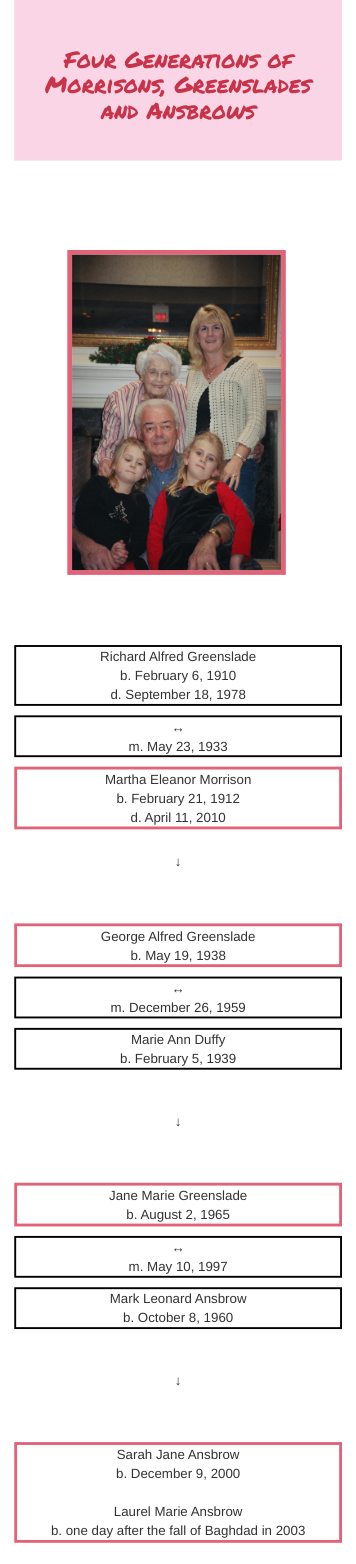
Repository: George2916/Sarah-Jane-and-Laurel-Marie
Page: familytreeM.html
The author's editor kept a record of every edit. The page is drawn from the files as they stood at one moment, then again after the next edit.
The browser window is 375 px wide. The pictures show the whole page, at 95% of full size.

Above is the page before.

### familytreeM.html
<!DOCTYPE html>
<html>
<head>

    <meta charset="utf-8">
    <meta http-equiv="X-UA-Compatible" content="IE-edge">
    <meta name="viewport" content="width=device-width, initial-scale=1">
    <!--[if lt IE 9]
<script src="https://oss.maxcdn.com/html5shiv/3.7.2/html5shiv.min.js"></script>
<script src="https://oss.maxcdn.com/respond/1.4.2/respond.min.js"></script>
<![endif]-->

  <title>Family tree - Morrisons, etc.</title>

    <link rel="stylesheet" type="text/css" href="css/bootstrap.css">
    <link rel="stylesheet" type="text/css" href="css/mystyle.css">
    <link href="https://fonts.googleapis.com/css?family=Permanent+Marker" rel="stylesheet">

</head>
<body>



<div class="container">

    <div class="jumbotron family-tree-jumbo">
            <h3>Four Generations of Morrisons, Greenslades and Ansbrows<br>
            </h3>
    </div>

    <div class="space-filler">
    </div>

    <div class="row">

        <div class="col-md-4">
        <div class="fourgenerationsM">
            <a href="#MyModalOne" data-toggle="modal">
                <img src="images/2006dec2.JPG"></a>
        </div>
        </div>

        <div class="space-filler">
        </div>


    <div class="modal" id="MyModalOne" role="dialog">

                <div class="modal-dialog">
                <div class="modal-content">
                <div class="modal-header">
                <button type="button" class="close" data-dismiss="modal" aria-label="Close"><span aria-hidden="true">&times;</span></button>
                <h4 class="modal-title">Raleigh, December 2006</h4>
                </div> <!-- /modal-header -->
                <div class="modal-body">
                <img src="images/2006dec2A.JPG" width=100% height=100% alt="Picture of four generations">
                </div><!-- /modal-body -->
                <div class="modal-footer">
                <button type="button" class="btn btn-default" data-dismiss="modal">Close</button>
                </div> <!-- /modal-footer -->
                </div> <!-- /modal-content -->
                </div> <!-- /modal-dialog -->
        </div> <!-- /modal -->



    <div class="col-md-8 customclassM">

<div class="row">

            <div class="col-sm-2">
        <p class="withtext">Richard Alfred Greenslade<br>
        b. February 6, 1910<br>
        d. September 18, 1978<br>
        </p>
            </div>

            <div class="col-sm-2">
        <p class="withtext">&#x2194<br>
        m. May 23, 1933<br>
        </p>
            </div>

            <div class="col-sm-2">
        <p class="withtext specialborder">Martha Eleanor Morrison<br>
        b. February 21, 1912<br>
        d. April 11, 2010<br>
        </p>
            </div>

            <div class="col-sm-2">
            </div>

            <div class="col-sm-2">
            </div>

            <div class="col-sm-2">
            </div>


</div>

<div class="row">

        <div class="col-sm-2">
    <p>
    </p>
        </div>

        <div class="col-sm-2">
    <p class="withsymbol">&#x2193
    </p>
        </div>


        <div class="col-sm-2">
    <p>
    </p>
        </div>

        <div class="col-sm-2">
    <p>
    </p>
        </div>

        <div class="col-sm-2">
    <p>
    </p>
        </div>

        <div class="col-sm-2">
    <p>
    </p>
        </div>

</div>

<div class="row">

        <div class="col-sm-2">
    <p>
    </p>
        </div>

        <div class="col-sm-2">
    <p class="withtext specialborder">George Alfred Greenslade<br>
        b. May 19, 1938<br>
    </p>
        </div>

        <div class="col-sm-2">
    <p class="withtext">&#x2194<br>
    m. December 26, 1959
    </p>
        </div>

        <div class="col-sm-2">
    <p class="withtext">Marie Ann Duffy<br>
        b. February 5, 1939<br>
    </p>
        </div>

        <div class="col-sm-2">
    <p>
    </p>
        </div>

        <div class="col-sm-2">
    <p>
    </p>
        </div>

 </div>

 <div class="row">

        <div class="col-sm-2">
    <p>
    </p>
        </div>

        <div class="col-sm-2">
    <p>
    </p>
        </div>

        <div class="col-sm-2">
    <p class="withsymbol">&#x2193
    </p>
        </div>

        <div class="col-sm-2">
    <p>
    </p>
        </div>

        <div class="col-sm-2">
    <p>
    </p>
        </div>

        <div class="col-sm-2">
    <p>
    </p>
        </div>

</div>

<div class="row">

        <div class="col-sm-2">
    <p>
    </p>
        </div>

        <div class="col-sm-2">
    <p>
    </p>
        </div>

        <div class="col-sm-2">
    <p class="withtext specialborder">Jane Marie Greenslade<br>
        b. August 2, 1965<br>
    </p>
        </div>

        <div class="col-sm-2">
    <p class="withtext">&#x2194<br>
    m. May 10, 1997
    <br>
    </p>
        </div>

        <div class="col-sm-2">
    <p class="withtext">Mark Leonard Ansbrow<br>
        b. October 8, 1960<br>
    </p>
        </div>

        <div class="col-sm-2">
    <p>
    </p>
        </div>

 </div>

 <div class="row">

         <div class="col-sm-2">
    <p>
    </p>
        </div>

        <div class="col-sm-2">
    <p>
    </p>
        </div>

        <div class="col-sm-2">
    <p>
    </p>
        </div>

        <div class="col-sm-2">
    <p class="withsymbol">&#x2193
    </p>
        </div>

        <div class="col-sm-2">
    <p>
    </p>
        </div>

        <div class="col-sm-2">
    <p>
    </p>
        </div>

</div>

<div class="row">

        <div class="col-sm-2">
    <p>
    </p>
        </div>

        <div class="col-sm-2">
    <p>
    </p>
        </div>

        <div class="col-sm-2">
    <p>
    </p>
        </div>

        <div class="col-sm-2">
    <p class="withtext specialborder">Sarah Jane Ansbrow<br>
        b. December 9, 2000<br>
        <br>
        Laurel Marie Ansbrow<br>
        b. one day after the fall of Baghdad in 2003<br>
    </p>
        </div>

        <div class="col-sm-2">
    <p>
    </p>
        </div>

        <div class="col-sm-2">
    <p>
    </p>
        </div>

</div>



        </div>

    </div>

</div>

<script src="js/jquery-3.2.0.js"></script>
<script src="js/bootstrap.js"></script>

</body>
</html>

### css/mystyle.css
/* color scheme

lilac: #f9d5e5

very light brown: #eeac99

pink: #e06377

red: #c83349

*/

/* STYLING FOR NAV BAR */

/* give the nav bar square corners, instead of the default rounded corners */

.navbar{
    border-radius: 0px;
}

/* change color of nav bar to lilac */

.navbar-default{
    background-color: #f9d5e5;
}

/* change the color of the lettering of Home, Slide Show and Misc. to red */

.navbar-default .navbar-collapse .navbar-nav > li > a{
     color: #c83349;
}

/* change the color of the lettering of Gallery to red */

.navbar-default .navbar-nav > .open > a,
.navbar-default .navbar-nav > .open > a:hover,
.navbar-default .navbar-nav > .open > a:focus {
    color: #c83349;
}

/* give the Home, Slide Show and Misc. tabs the color of very light brown when clicked on */

.navbar-default .navbar-nav .active a,
.navbar-default .navbar-nav .active a:hover,
.navbar-default .navbar-nav .active a:focus {
    background-color: #eeac99;
    color: #c83349;
}

/* give the Gallery tab the color of very light brown when clicked on */

.navbar-default .navbar-nav > .open > a:focus {
    background-color: #eeac99;
}

/* change color and size of the dropdown menu under the Gallery tab */

.dropdown-menu {
    background-color: #eeac99;
    padding: 0px;
    border: 0px;
    margin: 0px;
}

/* change the color of the text of the dropdown menu under the Gallery tab */

.dropdown-menu > li > a {
    color: #c83349;
}

/* make the hamburger icon have the background color of red */

.navbar-default .navbar-toggle:hover,
.navbar-default .navbar-toggle:focus {
    background-color: #eeac99;
}

.navbar-toggle{
    background-color: #c83349;
}

#bullet{

    vertical-align: text-top;
}


/* STYLING FOR HOME PAGE */

/* styling for jumbotron on Home page */

.cover-page-jumbo {
    background-color: #c83349;
    font-family: 'Permanent Marker', cursive;
    text-align: center;
    color: #f9d5e5;

}

/* styling for certain text in the Japanese translation of the Home page*/

#bullet {
    vertical-align: middle;
    letter-spacing: -10px;
}

#bullet1 {

    letter-spacing: -10px;
}

#bullet2 {

    letter-spacing: -8px;
}

#bullet3 {
    vertical-align: middle;
    letter-spacing: -14px;
}
@media only screen and (max-width: 660px) {
    .cover-page-jumbo h2{
        font-size: 140%;
    }

    .cover-page-jumbo h4{
        font-size: 90%;
    }
}

/* give the jumbrotron square corners, instead of the default rounded corners */

.container .jumbotron {
    border-radius: 0px;
}

.coverphoto {
    width: 100%;
    height: 100%;
    border: 4px solid #e06377;
}

/* resize image in jumbotron */
.coverphoto img {
    width: 100%;
    height: auto;
}


/* STYLING FOR GALLERY PAGES */

.gallery-background {
    padding: 20px;
    background-color: #c83349;
}

@media only screen and (max-width: 991px) {
    .extra-padding {
        padding-bottom: 20px;
    }
}

/* change the size of the modals for images in the Gallery which are rotated when displayed in modal format */
.gallery-rotate {
        height: 620px;
        width: 600px;
}

/* rotate certain photos in the Gallery -90 degrees when they are displayed in modal format */
.gallery-rotate img {
    -ms-transform: rotate(-90deg); /* IE 9 */
    -webkit-transform: rotate(-90deg); /* Chrome, Safari, Opera */
    transform: rotate(-90deg);
    height: 450px;
    position: absolute;
    top: 80px;
}

.pager li > a {
    background-color: #f9d5e5;
    color: #c83349;
}


/* STYLING FOR THE SLIDESHOW PAGES */

/* give pink border to the photos in the slide show */
.item > img {
    border: 4px solid #e06377;
}

/* center all img in slideshow */
.carousel-inner img {
    margin: auto;
}

/* enlarge certain pictures in the Slideshow to take up the height and width of their container */
.BBBB {
    width: 100%;
    height: auto;
}

/* give the color of smokey white to the left and right arrows in the Slideshow */

.carousel-control > span {
    color: #f5f5f5;
}

/* make the carousel captions the color of smokey white */
.carousel-caption {
    color: #f5f5f5;
}

/* give the color of smokey white to the border of the carousel indicators */
.carousel-indicators li {
    border: 1px solid #f5f5f5;
}

/* give the color of smokey white to the active carousel indicator */
.carousel-indicators .active {
     background-color: white;
}

/* hide carousel indicators and delete the <h4> captions in screen widths below 992px */
@media only screen and (max-width: 991px) {
    .carousel-indicators > li {
        display: none;
    }
    .carousel-caption > h4 {
        display: none;
    }
}

/* make font-size smaller in screen widths below 575px */
@media only screen and (max-width: 575px) {
    .carousel-caption h3 {
        font-size: 75%;
    }
}


/* STYLING FOR MISCELLANEOUS PAGE */

.color1 {
    background-color: #eeac99;
    height: 110px;
    padding-top: 10px;
}

.color2 {
    background-color: #e06377;
    height: 110px;
    padding-top: 10px;
}

.noPad {margin-right: 0px;
    margin-left: 0px;
}

/* STYLING FOR THE FAMILYTREEM.HTML AND FAMILYTREET.HTML DOCS */

.family-tree-jumbo {
    background-color: #f9d5e5;
    font-family: 'Permanent Marker', cursive;
    text-align: center;
}

.family-tree-jumbo > h3 {
    color: #c83349;
}

/* rotate the fourgenerationsM photo 90 degrees */
.fourgenerationsM img {
    width: 100%;
    height: auto;
   -ms-transform: rotate(90deg); /* IE 9 */
    -webkit-transform: rotate(90deg); /* Chrome, Safari, Opera */
    transform: rotate(90deg);
    position: relative;
    top: 60px;
    border: solid 5px #e06377;
}

/* adjust the position of the fourgenerationsM photo and related text, depending on the screen size */
@media only screen and (max-width: 1199px) {
    .fourgenerationsM img {
        position: relative;
        top: 50px;
    }
    .customclassM {
        position: relative;
        top: 2px;
    }
}

@media only screen and (max-width: 991px) {
    .fourgenerationsM img {
        position: relative;
        top: 100px;
    }
    .customclassM {
        position: relative;
        top: 250px;
        left: 50px;
    }
}

@media only screen and (max-width: 767px) {
    .fourgenerationsM img {
        position: relative;
        top: 120px;
    }
    .customclassM {
        position: relative;
        top: 250px;
        left: 0px;
    }
}

/* adjust the positioning of the fourgenerationsT photo and related text, depending on the screen size */
@media only screen and (min-width: 992px) {
    .fourgenerationsT img {
        width: 100%;
        height: auto;
        position: relative;
        left: 50px;
        top: 20px;
        border: solid 5px #e06377;
    }
    .customclassT {
        position: relative;
        left: 50px;
    }
}

@media only screen and (min-width: 768px) {
    .fourgenerationsT img {
        width: 100%;
        height: auto;
        border: solid 5px #e06377;
    }
    .customclassT {
        position: relative;
        top: 20px;
        left: 50px;
    }
}

@media only screen and (min-width: 100px) {
    .fourgenerationsT img {
        width: 100%;
        height: auto;
        border: solid 5px #e06377;
    }
    .customclassT {
        position: relative;
        top: 20px;
    }
}

/* change the size of the modal for the fourgenerationsM photo when displayed in modal format
.fourgenerationsM-modal {
        height: 620px;
        width: 600px;
} */


@media only screen and (max-width: 575px) {
  .fourgenerationsM img {
    height: 230px;
    width: auto;
  }
}

@media only screen and (min-width: 576px) {
  .fourgenerationsM-modal img {
    height: 620px;
    width: auto;
  }
}

/* rotate the fourgenerationsM photo 90 degrees when it is displayed in modal format */
.fourgenerationsM-modal img {
    -ms-transform: rotate(90deg); /* IE 9 */
    -webkit-transform: rotate(90deg); /* Chrome, Safari, Opera */
    transform: rotate(90deg);
    height: 450px;
    position: absolute;
    top: 80px;
}

.withtext {
    text-align: center;
    border: 2px solid black;
}

.withtext1 {
    border: 3.4px solid black;
    text-align: center;
}

.withsymbol {
    text-align: center;
}

.specialborder {
    border: solid 3px #e06377;
}


/* STYLING FOR QUESTIONNAIRE */

#heading, #headingJ{
    background-color: #c83349;
    font-family: 'Permanent Marker', cursive;
    text-align: center;
    color: #f9d5e5;
}

#Qborder, #QborderJ{
    border-width: 10px;
    border-style: solid;
    border-color: #f9d5e5;
}

#first-row, #first-rowJ{
    height: 2.5em;
}

#sjButtonJap > .btn,
#lmButtonJap > .btn {
    font-size: 75%;
}

@media only screen and (max-width: 767px) {
    #sjButtonJap > .btn,
    #lmButtonJap > .btn {
        font-size: 75%;
    }
}

@media only screen and (max-width: 640px) {
    #sjButtonJap > .btn,
    #lmButtonJap > .btn {
        font-size: 70%;
    }
}

@media only screen and (max-width: 575px) {
    #sjButtonJap > .card_back,
    #lmButtonJap > .card_back {
        font-size: 65%;
    }
    #sjButtonJap > .card_front,
    #lmButtonJap > .card_front {
        font-size: 65%;
    }
}

.card{
  position: relative;
  width: 25%;
  text-align: center;
}

.card_front,
.card_back{
  position: absolute;
  top: 0;
  left: 0;
  width: 100%;
  height: 100%;
}

.card_front,
.card_back{
  -webkit-backface-visibility: hidden;
          backface-visibility: hidden;
  -webkit-transition: -webkit-transform 0.3s;
          transition: transform 0.3s;
}

.card_front{
  background-color: #eeac99;
}

.card_back{
  background-color: #eeac99;
  -webkit-transform: rotateY(-180deg);
          transform: rotateY(-180deg);
}

.card.effect_hover:hover .card_front{
  -webkit-transform: rotateY(-180deg);
          transform: rotateY(-180deg);
}

.card.effect_hover:hover .card_back{
  -webkit-transform: rotateY(0);
          transform: rotateY(0);
}

.customBtn{

  border-right: 6px solid #eeac99;
  border-bottom: 6px solid #eeac99;
  border-right-style: outset;
  border-bottom-style: outset;
}

.question{
    background-color: #eeac99;
}

#hiddenSJ-1, #hiddenSJ-2, #hiddenSJ-3, #hiddenSJ-4, #hiddenSJ-5, #hiddenSJ-6, #hiddenSJ-7, #hiddenSJ-8, #hiddenSJ-9, #hiddenSJ-10, #hiddenSJ-11, #hiddenSJ-12, #hiddenSJ-13, #hiddenSJ-14, #hiddenSJ-15, #hiddenSJ-16, #hiddenSJ-17, #hiddenSJ-18, #hiddenSJ-19, #hiddenSJ-20, #hiddenSJ-21, #hiddenSJ-22, #hiddenSJ-23, #hiddenSJ-24, #hiddenSJ-25, #hiddenLM-1, #hiddenLM-2, #hiddenLM-3, #hiddenLM-4, #hiddenLM-5, #hiddenLM-6, #hiddenLM-7, #hiddenLM-8, #hiddenLM-9, #hiddenLM-10, #hiddenLM-11, #hiddenLM-12, #hiddenLM-13, #hiddenLM-14, #hiddenLM-15, #hiddenLM-16, #hiddenLM-17, #hiddenLM-18, #hiddenLM-19, #hiddenLM-20, #hiddenLM-21, #hiddenLM-22, #hiddenLM-23, #hiddenLM-24, #hiddenLM-25, #hiddenSJJ-1, #hiddenSJJ-2, #hiddenSJJ-3, #hiddenSJJ-4, #hiddenSJJ-5, #hiddenSJJ-6, #hiddenSJJ-7, #hiddenSJJ-8, #hiddenSJJ-9, #hiddenSJJ-10, #hiddenSJJ-11, #hiddenSJJ-12, #hiddenSJJ-13, #hiddenSJJ-14, #hiddenSJJ-15, #hiddenSJJ-16, #hiddenSJJ-17, #hiddenSJJ-18, #hiddenSJJ-19, #hiddenSJJ-20, #hiddenSJJ-21, #hiddenSJJ-22, #hiddenSJJ-23, #hiddenSJJ-24, #hiddenSJJ-25, #hiddenLMJ-1, #hiddenLMJ-2,  #hiddenLMJ-3, #hiddenLMJ-4, #hiddenLMJ-5, #hiddenLMJ-6, #hiddenLMJ-7, #hiddenLMJ-8, #hiddenLMJ-9, #hiddenLMJ-10, #hiddenLMJ-11, #hiddenLMJ-12, #hiddenLMJ-13, #hiddenLMJ-14, #hiddenLMJ-15, #hiddenLMJ-16, #hiddenLMJ-17, #hiddenLMJ-18, #hiddenLMJ-19, #hiddenLMJ-20, #hiddenLMJ-21, #hiddenLMJ-22, #hiddenLMJ-23, #hiddenLMJ-24, #hiddenLMJ-25 {
    background-color: #eeac99;
}


/* STYLING FOR FLIPPABLE PHOTOS (MEMENTOS) */

.FPborder{
    border-width: 10px 10px 1px 10px;
    border-style: solid;
    border-color: #f9d5e5;
}

.FPheading{
    background-color: #c83349;
    font-family: 'Permanent Marker', cursive;
    text-align: center;
    color: #f9d5e5;
    padding-bottom: 20px;
}

.FPbackground{
    border-width: 0px 10px 10px 10px;
    border-style: solid;
    border-color: #f9d5e5;
    background-color: #eeac99;
    padding: 0px 20px 0px 20px;
}

.FPtextHeading{
    padding: 0px 20px;
}

.pic-front{
    box-shadow: 5px 5px 5px #c83349;
    margin-bottom: 20px;
}

.pic-back{
    display:none;
    box-shadow: 5px 5px 5px #c83349;
    margin-bottom: 20px;
}

.FPtext{
    color: #c83349;
}

/* rotation of images */

#front1{
  transform: rotate(3deg);
}

#front1:hover{
  transform: rotate(0deg);
  cursor: grab;
}

#back1-1{
  transform: rotate(3deg);
}

#back1-1:hover{
  transform: rotate(0deg);
  cursor: grab;
}

#back1-2{
  transform: rotate(3deg);
}

#back1-2:hover{
  transform: rotate(0deg);
  cursor: grab;
}

#front2{
  transform: rotate(1deg);
}

#front2:hover{
  transform: rotate(0deg);
  cursor: grab;
}

#back2{
  transform: rotate(1deg);
}

#back2:hover{
  transform: rotate(0deg);
  cursor: grab;
}

#front3{
  transform: rotate(-3deg);
}

#front3:hover{
  transform: rotate(0deg);
  cursor: grab;
}

#back3-1{
  transform: rotate(-3deg);
}

#back3-1:hover{
  transform: rotate(0deg);
  cursor: grab;
}

#back3-2{
  transform: rotate(-3deg);
}

#back3-2:hover{
  transform: rotate(0deg);
  cursor: grab;
}

#front4{
  transform: rotate(3deg);
}

#front4:hover{
  transform: rotate(0deg);
  cursor: grab;
}

#back4{
  transform: rotate(3deg);
}

#back4:hover{
  transform: rotate(0deg);
  cursor: grab;
}

#front5{
  transform: rotate(1deg);
}

#front5:hover{
  transform: rotate(0deg);
  cursor: grab;
}

#back5{
  transform: rotate(1deg);
}

#back5:hover{
  transform: rotate(0deg);
  cursor: grab;
}

#front6{
  transform: rotate(-7deg);
}

#front6:hover{
  transform: rotate(-0deg);
  cursor: grab;
}

#back6{
  transform: rotate(-7deg);
}

#back6:hover{
  transform: rotate(-0deg);
  cursor: grab;
}

#front7{
  transform: rotate(1deg);
}

#front7:hover{
  transform: rotate(0deg);
  cursor: grab;
}

#back7-1{
  transform: rotate(1deg);
}

#back7-1:hover{
  transform: rotate(0deg);
  cursor: grab;
}

#back7-2{
  transform: rotate(1deg);
}

#back7-2:hover{
  transform: rotate(0deg);
  cursor: grab;
}

#back7-3{
  transform: rotate(1deg);
}

#back7-3:hover{
  transform: rotate(0deg);
  cursor: grab;
}

#front8{
  transform: rotate(-5deg);
}

#front8:hover{
  transform: rotate(0deg);
  cursor: grab;
}

#back8{
  transform: rotate(-5deg);
}

#back8:hover{
  transform: rotate(0deg);
  cursor: grab;
}

#front9{
  transform: rotate(-3deg);
}

#front10{
  transform: rotate(2deg);
}

#front10:hover{
  transform: rotate(0deg);
  cursor: grab;
}

#back10-1{
  transform: rotate(2deg);
}

#back10-1:hover{
  transform: rotate(0deg);
  cursor: grab;
}

#back10-2{
  transform: rotate(2deg);
}

#back10-2:hover{
  transform: rotate(0deg);
  cursor: grab;
}

#back10-3{
  transform: rotate(2deg);
}

#back10-3:hover{
  transform: rotate(0deg);
  cursor: grab;
}

#back10-4{
  transform: rotate(2deg);
}

#back10-4:hover{
  transform: rotate(0deg);
  cursor: grab;
}

#back10-5{
  transform: rotate(2deg);
}

#back10-5:hover{
  transform: rotate(0deg);
  cursor: grab;
}

#front11{
  transform: rotate(2deg);
}

#front11:hover{
  transform: rotate(0deg);
}

#front12{
  transform: rotate(-2deg);
}

#front12:hover{
  transform: rotate(0deg);
  cursor: grab;
}

#back12{
  transform: rotate(-2deg);
}

#back12:hover{
  transform: rotate(0deg);
  cursor: grab;
}

#front13{
  transform: rotate(-2deg);
}

#front13:hover{
  transform: rotate(0deg);
  cursor: grab;
}

#back13{
  transform: rotate(-2deg);
}

#back13:hover{
  transform: rotate(0deg);
  cursor: grab;
}

#front14{
  transform: rotate(3deg);
}

#front14:hover{
  transform: rotate(0deg);
  cursor: grab;
}

#back14{
  transform: rotate(3deg);
}

#back14:hover{
  transform: rotate(0deg);
  cursor: grab;
}



/* STYLING FOR QUOTES.HTML */


.qText1{
    color: #c83349;
    font-family: 'Permanent Marker', cursive;
    padding: 0px 50px;
    text-align: center;
}

.qText2{
    color: #c83349;
    font-family: 'Permanent Marker', cursive;
    padding: 0px 60px;
    text-align: center;

}

.qBackground1{
    border-width: 0px 10px 1px 10px;
    border-style: solid;
    border-color: #f9d5e5;
    background-color: #eeac99;
    padding: 20px 20px 0px 20px
}

.qBackground2{
    border-width: 0px 10px 10px 10px;
    border-style: solid;
    border-color: #f9d5e5;
    background-color: #eeac99;
    padding: 20px 20px 20px 20px
}

#quote1{
    text-decoration: underline;
}

.noPad {margin-right: 0px;
    margin-left: 0px;}

Loaded but not shown: css/bootstrap.css (library); js/jquery-3.2.0.js (library); js/bootstrap.js (library)

After the next edit:
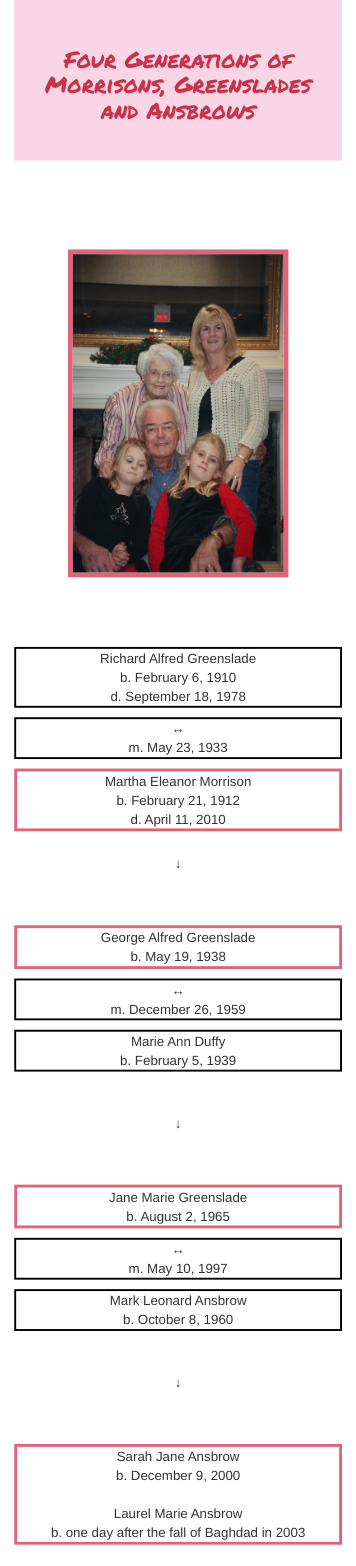
The edit:
--- a/css/mystyle.css
+++ b/css/mystyle.css
@@ -366,7 +366,7 @@
 
 
 @media only screen and (max-width: 575px) {
-  .fourgenerationsM img {
+  .fourgenerationsM-modal img {
     height: 230px;
     width: auto;
   }
